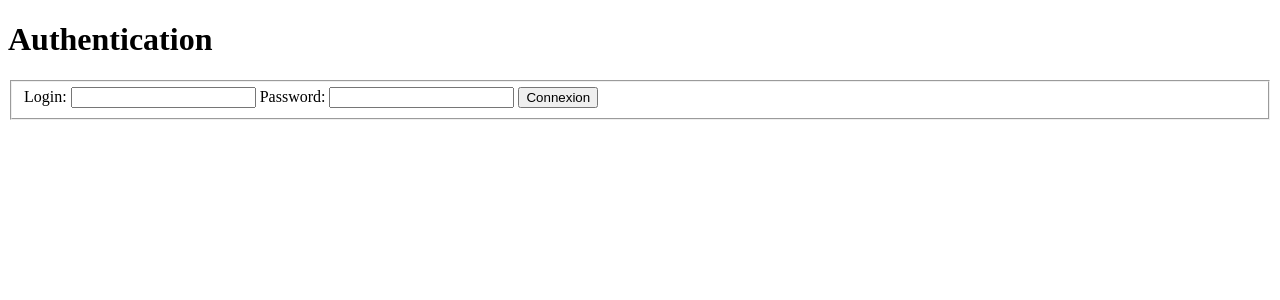
Repository: ibrahimadiagneseck/jakarta-ee
Page: test/src/main/webapp/login.html
The author's editor kept a copy of each file at every save. The page is drawn from the files as they stood at one save, then again after the next save.
The browser window is 1280 px wide. The pictures show the whole page.

Above is the page before, as saved 2023-12-12 10:51:34.

After the next save:
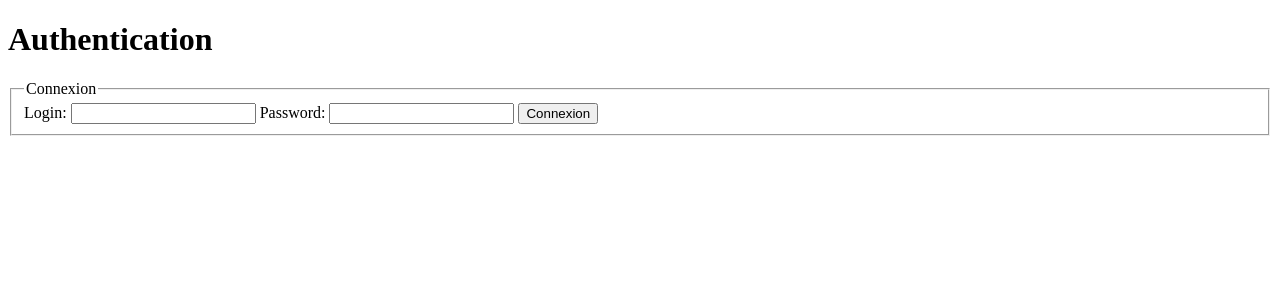
Saved 2 min 37 s later.
--- a/test/src/main/webapp/login.html
+++ b/test/src/main/webapp/login.html
@@ -8,6 +8,7 @@
      <h1>Authentication</h1>
      <form action="connexion" method="post">
 		 <fieldset>
+			<legend>Connexion</legend>
 	        <label for="login">Login:</label>
 	        <input type="text" id="login" name="login" required>
 
